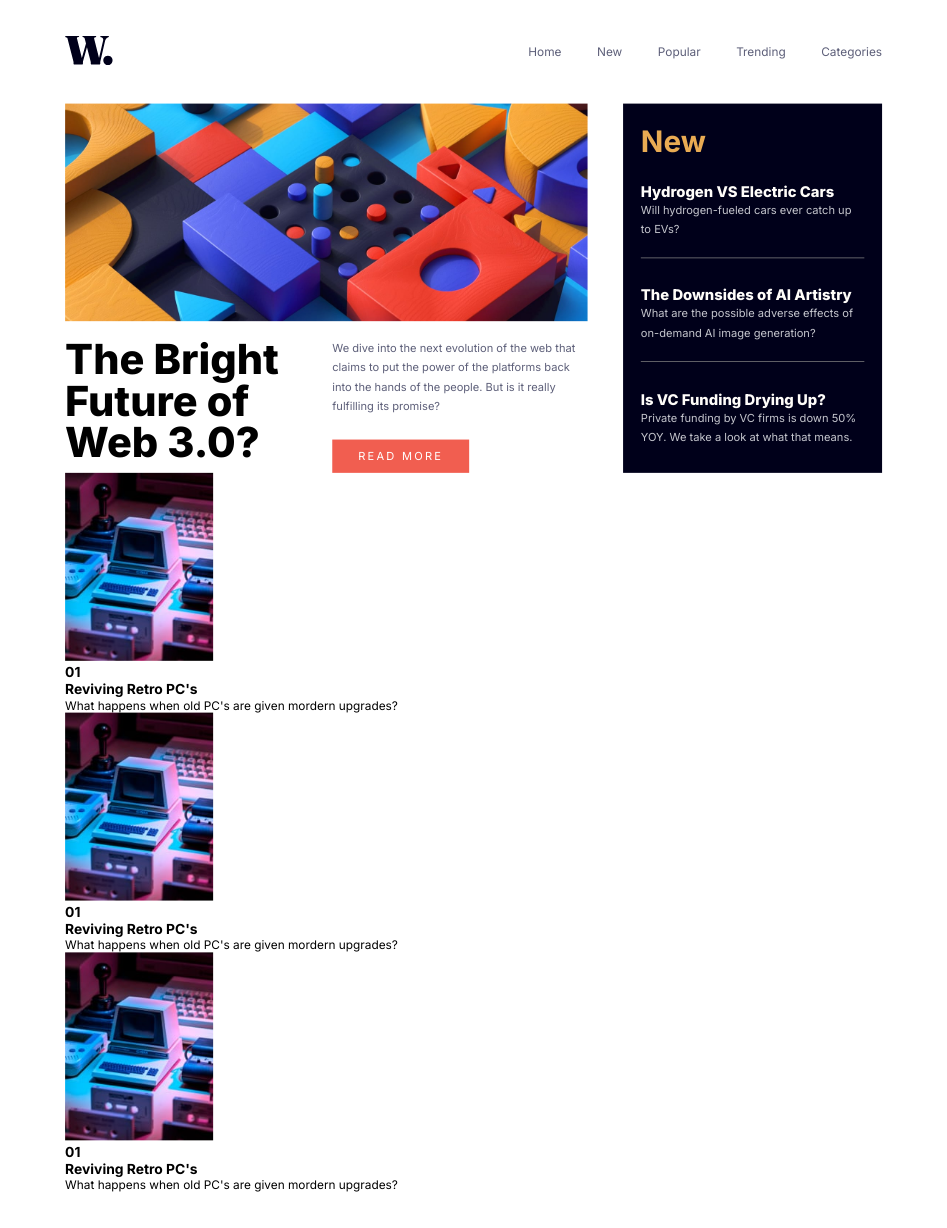
Repository: DevAntonioRogers/FrontendMentor-News-Homepage
Page: index.html
The author's editor kept a copy of each file at every save. The page is drawn from the files as they stood at one save, then again after the next save.
The browser window is 1280 px wide. The pictures show the whole page, at 74% of full size.

Above is the page before, as saved 2023-04-22 15:37:38.

### index.html
<!DOCTYPE html>
<html lang="en">
  <head>
    <meta charset="UTF-8" />
    <meta http-equiv="X-UA-Compatible" content="IE=edge" />
    <meta name="viewport" content="width=device-width, initial-scale=1.0" />
    <link rel="stylesheet" href="styles.css" />
    <title>Document</title>
  </head>
  <body>
    <nav>
      <div class="logo">
        <img src="./assets/logo.svg" alt="logo" />
      </div>
      <ul class="nav-menu">
        <li>Home</li>
        <li>New</li>
        <li>Popular</li>
        <li>Trending</li>
        <li>Categories</li>
      </ul>
      <div class="mobile-icons">
        <img src="./assets/icon-menu.svg" alt="" />
        <img src="./assets/icon-menu-close.svg" alt="" />
      </div>
    </nav>

    <section class="hero">
      <div class="left">
        <picture>
          <source srcset="assets/image-web-3-mobile.jpg" media="(max-width: 768px)" />
          <img src="assets/image-web-3-desktop.jpg" alt="banner" />
        </picture>
        <article class="hero-article">
          <div class="hero-article-left">
            <h1>The Bright Future of Web 3.0?</h1>
          </div>
          <div class="hero-article-right">
            <div>
              <p>
                We dive into the next evolution of the web that claims to put the power of the platforms back into the
                hands of the people. But is it really fulfilling its promise?
              </p>
              <button>Read More</button>
            </div>
          </div>
        </article>
      </div>
      <div class="right">
        <h1>New</h1>

        <div>
          <h3>Hydrogen VS Electric Cars</h3>
          <p>Will hydrogen-fueled cars ever catch up to EVs?</p>
        </div>

        <div>
          <h3>The Downsides of AI Artistry</h3>
          <p>What are the possible adverse effects of on-demand AI image generation?</p>
        </div>

        <div>
          <h3>Is VC Funding Drying Up?</h3>
          <p>Private funding by VC firms is down 50% YOY. We take a look at what that means.</p>
        </div>
      </div>
    </section>

    <section class="articles">
      <article>
        <div class="article-image">
          <img src="/assets/image-retro-pcs.jpg" alt="" />
        </div>
        <div class="article-info">
          <h1>01</h1>
          <h3>Reviving Retro PC's</h3>
          <p>What happens when old PC's are given mordern upgrades?</p>
        </div>
      </article>

      <article>
        <div class="article-image">
          <img src="/assets/image-retro-pcs.jpg" alt="" />
        </div>
        <div class="article-info">
          <h1>01</h1>
          <h3>Reviving Retro PC's</h3>
          <p>What happens when old PC's are given mordern upgrades?</p>
        </div>
      </article>

      <article>
        <div class="article-image">
          <img src="/assets/image-retro-pcs.jpg" alt="" />
        </div>
        <div class="article-info">
          <h1>01</h1>
          <h3>Reviving Retro PC's</h3>
          <p>What happens when old PC's are given mordern upgrades?</p>
        </div>
      </article>
    </section>
  </body>
</html>

### styles.css
@import url('https://fonts.googleapis.com/css2?family=Inter:wght@400;700;800&display=swap');

*{
  box-sizing: border-box;
  margin: 0;
  padding: 0;
  font-family: 'Inter', sans-serif;
}

/* img{
  width: 100%;
  height: 100%;
} */

body{
  max-width: 1200px;
  margin: auto;
  padding: 3rem;
}

a{
  text-decoration: none;
}

li{
  list-style: none;
}

/* NAVBAR STYLES */

nav{
  display: flex;
  justify-content: space-between;
  align-items: center;
}

.nav-menu{
  display: flex;
  gap: 3rem;
}

.nav-menu{
  color: hsl(236, 13%, 42%);
}

.mobile-icons{
  display: none;
}

/* HERO STYLES */

.hero{
  display: flex;
  justify-content: center;
  gap: 3rem;
  margin-top: 3rem;
  max-height: 500px;
}

.left{
  display: flex;
  flex-direction: column;
}

.left img{
  max-width: 100%;
  height: 100%;
}

.hero-article{
  display: grid;
  grid-template-columns: 1fr 1fr;
  margin-top: 1.5rem;
  gap: 1rem;
  height: auto
}

.hero-article h1{
  font-weight: 800;
  font-size: 56px;
  line-height: 56px;
}



.hero-article button{
  color: white;
  background-color: hsl(5, 85%, 63%);
  width: 185px;
  padding: 0.8rem;
  font-size: 15px;
  letter-spacing: 3px;
  text-transform: uppercase;
  border: none;
}


.hero-article p{
  font-weight: 400;
  font-size: 15px;
  line-height: 26px;
  color: hsl(236, 13%, 42%);
  margin-bottom: 2rem;
}

.hero-article-right div{
  display: flex;
  flex-direction: column;
}










.right{
  background-color: hsl(240, 100%, 5%);
  color: white;
  padding: 2rem 1.5rem;
  display: flex;
  flex-direction: column;
  gap: 2rem;
  min-width: 350px;
}

.right h1{
  font-size: 40px;
  color: hsl(35, 77%, 62%);
  line-height: 40px;
  font-weight: 700;
}

.right h3 {
  font-weight: 800;
  font-size: 20px;
  line-height: 24px;
  color: hsl(36, 100%, 99%);
}

.right p{
  font-weight: 400;
  font-size: 15px;
  line-height: 26px;
  color: hsl(233, 8%, 79%);
}

.right div{
  margin: auto;
  border-bottom: solid 1px grey;
  padding-bottom: 25px;
}

.right div:nth-child(4){
  border: none;
  padding-bottom: 0;
}

After the next save:
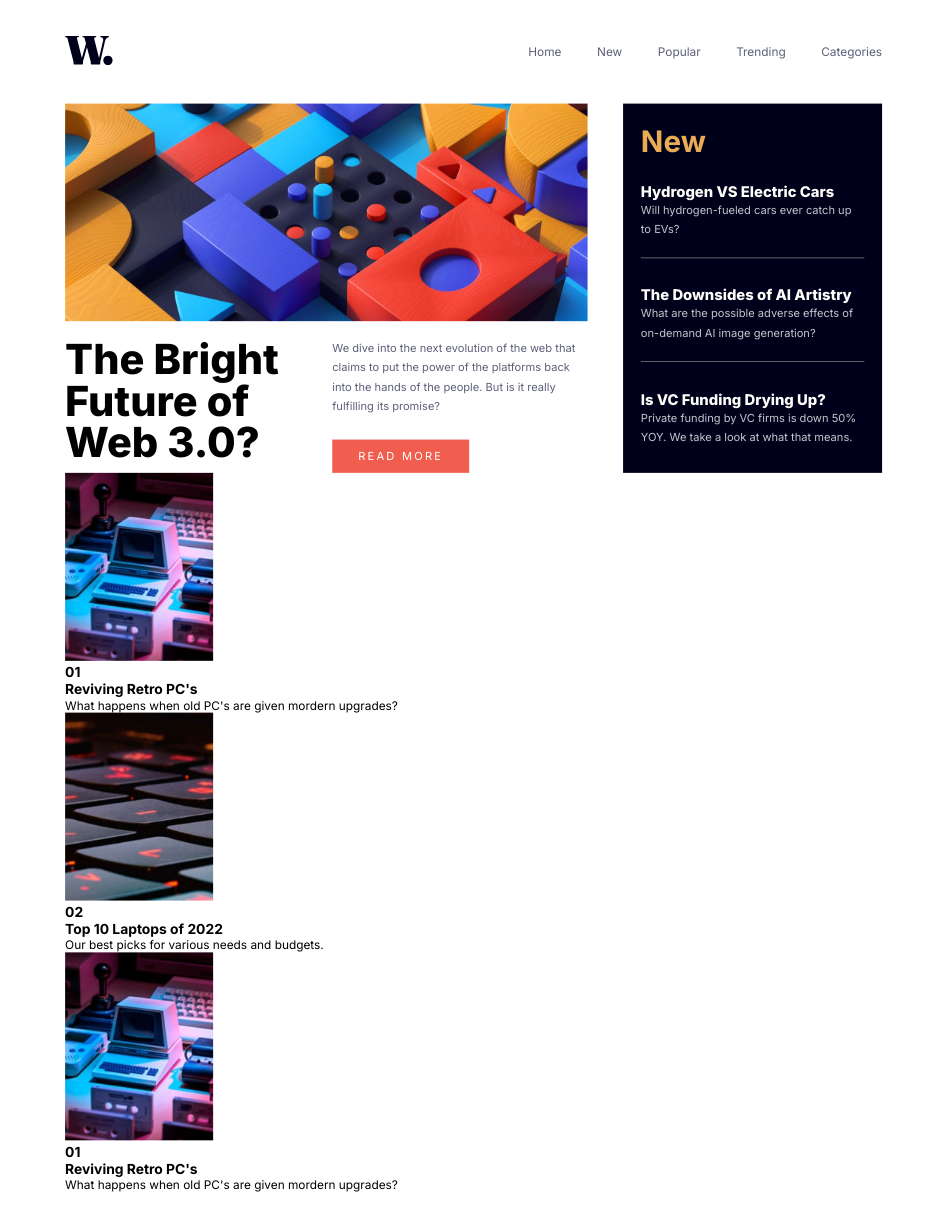
Saved 71 s later.
--- a/index.html
+++ b/index.html
@@ -80,12 +80,12 @@
 
       <article>
         <div class="article-image">
-          <img src="/assets/image-retro-pcs.jpg" alt="" />
+          <img src="/assets/image-top-laptops.jpg" alt="" />
         </div>
         <div class="article-info">
-          <h1>01</h1>
-          <h3>Reviving Retro PC's</h3>
-          <p>What happens when old PC's are given mordern upgrades?</p>
+          <h1>02</h1>
+          <h3>Top 10 Laptops of 2022</h3>
+          <p>Our best picks for various needs and budgets.</p>
         </div>
       </article>
 
